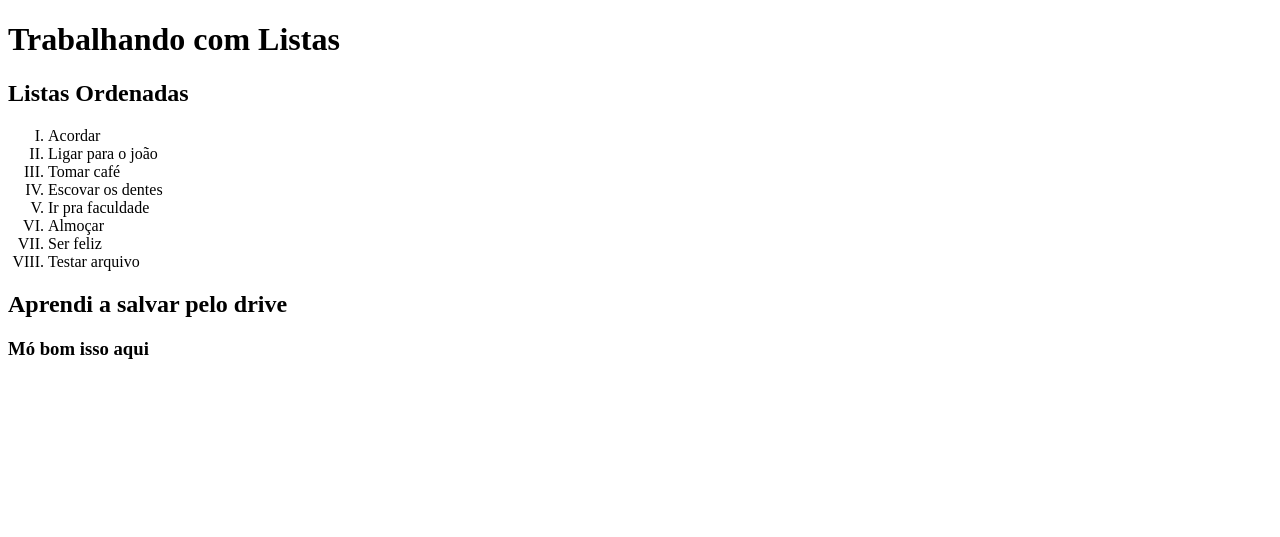
Repository: AlexandreHSSantos/Estudos
Page: Estudos HTML/Exercícios/Exercício 9/index.html
An editor plug-in stored every save of this project. The page is shown before and after the next save, followed by the edit.
The browser window is 1280 px wide. The pictures show the whole page.

Above is the page before, as saved 2026-08-07 10:46:27.

### Estudos HTML/Exercícios/Exercício 9/index.html
 <!DOCTYPE html>
 <html lang="pt-br">
 <head>
    <meta charset="UTF-8">
    <meta name="viewport" content="width=device-width, initial-scale=1.0">
    <link rel="shortcut icon" href="../Bokehlicia-Captiva-Edit-gnote.ico" type="image/x-icon">
    <title>Listas</title>
 </head>
 <body>
    <h1>Trabalhando com Listas</h1>
    <h2>Listas Ordenadas</h2>
    <ol type="I">
        <li>Acordar
        <li>Ligar para o joão
        <li>Tomar café
        <li>Escovar os dentes
        <li>Ir pra faculdade</li>
        <li>Almoçar</li>
        <li>Ser feliz</li>
        <li>Testar arquivo</li>
    </ol>

    <h2>Aprendi a salvar pelo drive</h2>
    <h3>Mó bom isso aqui</h3>
 </body>
 </html>

After the next save:
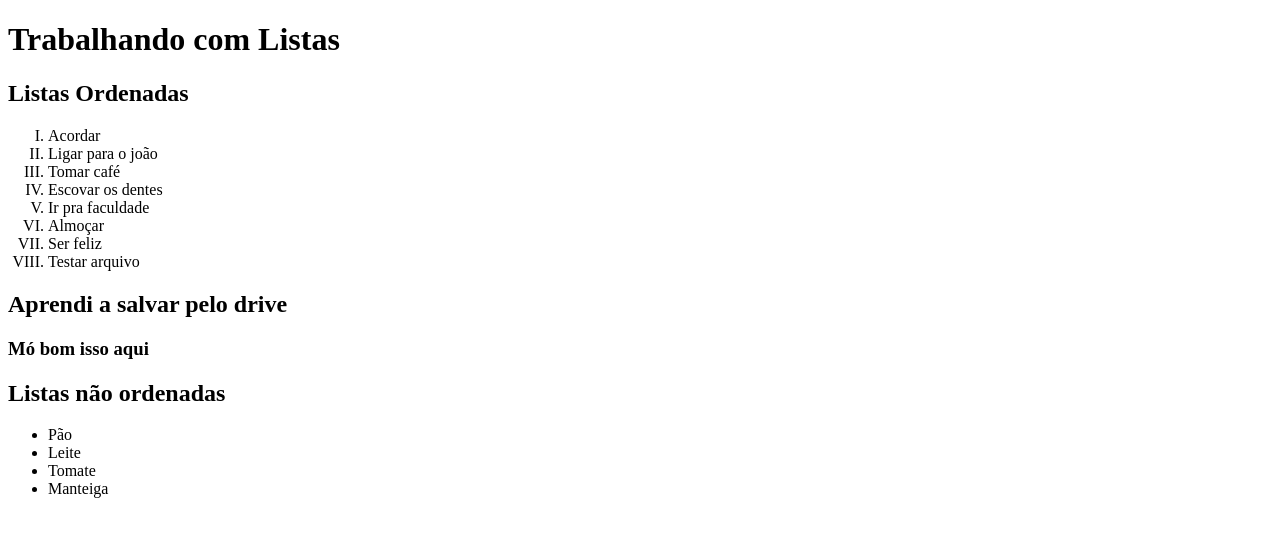
Saved 3 days later.
--- a/Estudos HTML/Exercícios/Exercício 9/index.html
+++ b/Estudos HTML/Exercícios/Exercício 9/index.html
@@ -22,5 +22,14 @@
 
     <h2>Aprendi a salvar pelo drive</h2>
     <h3>Mó bom isso aqui</h3>
+
+    <h2>Listas não ordenadas</h2>
+
+    <ul>
+      <li>Pão</li>
+      <li>Leite</li>
+      <li>Tomate</li>
+      <li>Manteiga</li>
+    </ul>
  </body>
  </html>
